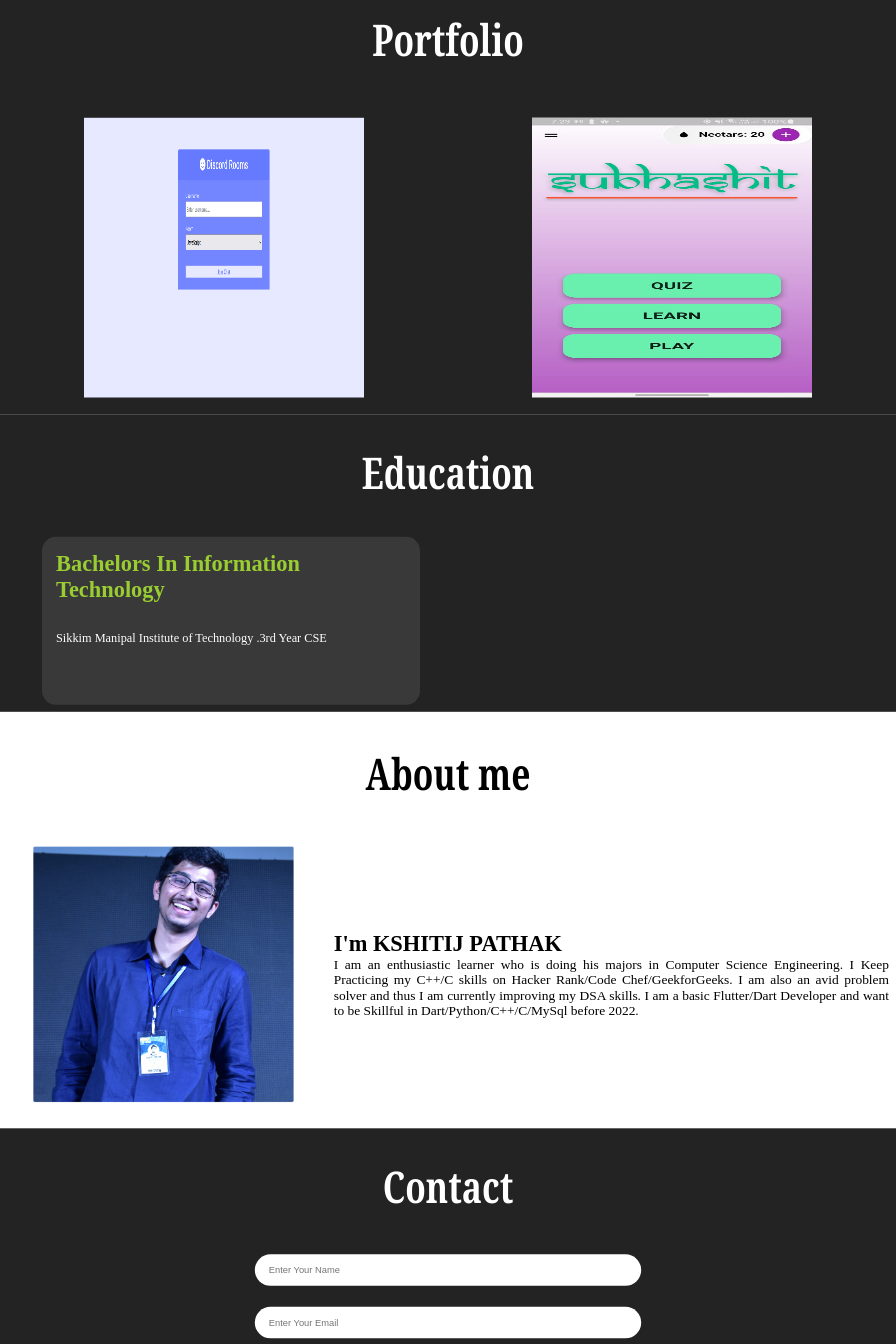
Repository: dev-bot1/resume-kshitij
Page: index.html
These files come from the project's save history. The page is drawn as it stood at one moment and after the next save; the edit follows.
The browser window is 1280 px wide. The pictures show the part of the page from y = 737 to 2657 px (the page is 3121 px tall), at 70% of full size.

Above is the page before, as saved 2021-08-23 00:36:34.

### index.html
<!DOCTYPE html>
<html lang="en">
  <head>
    <meta charset="UTF-8" />
    <meta name="viewport" content="width=device-width, initial-scale=1.0" />
    <title>Portfolio</title>
    <link rel="stylesheet" href="style.css" />
  </head>
  <body>
    <nav class="navbar">
      <ul>
        <li><a href="#home">Home</a></li>
        <li><a href="#portfolio">Portfolio</a></li>
        <li><a href="#education">Education</a></li>
        <li><a href="#about">About Me</a></li>
        <li><a href="#contact">Contact Me</a></li>
        <li><a href="resources/Resume.pdf" download="Resume">Resume</a></li>
      </ul>
    </nav>

    <section id="home">
      <h1 class="heading">HI, I AM</h1>
      <h1 class="heading">KSHITIJ PATHAK</h1>
      <br /><br />
      <p>Its Always 0s and 1s for Me</p>
    </section>

    <section id="portfolio">
      <h1 class="heading">Portfolio</h1>
      <div class="gallery">
        <a href="https://github.com/dev-bot1/Discord-Rooms">
          <img src="resources/img1.PNG" alt="" />
        </a>
        <a href="https://play.google.com/store/apps/details?id=com.languagenectar.dazzlewordplus">
            <img src="resources/img2.jpg" alt="" />
        </a>
      </div>
    </section>

    <section id="education">
      <h1 class="heading">Education</h1>
      <div class="columns">
        <div class="box">
          <h2>Bachelors In Information Technology</h2>
          <p>Sikkim Manipal Institute of Technology .3rd Year CSE</p>
        </div>
      </div>
    </section>

    <section id="about">
      <h1 class="heading">About me</h1>
      <div class="about">
        <img src="resources/_NIB0617-02.jpeg" alt="My Pic" />
        <div class="name">
          <h2>I'm KSHITIJ PATHAK</h2>
          <p>
            I am an enthusiastic learner who is doing his majors in Computer
            Science Engineering. I Keep Practicing my C++/C skills on Hacker
            Rank/Code Chef/GeekforGeeks. I am also an avid problem solver and
            thus I am currently improving my DSA skills. I am a basic
            Flutter/Dart Developer and want to be Skillful in
            Dart/Python/C++/C/MySql before 2022.
          </p>
        </div>
      </div>
    </section>

    <section id="contact">
      <h1 class="heading">Contact</h1>
      <form action="" class="form">
        <input
          type="text"
          name="name"
          class="input"
          placeholder="Enter Your Name"
        />
        <input
          type="email"
          name="email"
          class="input"
          placeholder="Enter Your Email"
        />
        <textarea
          name="message"
          id="message"
          cols="70"
          rows="20"
          placeholder="Enter Your Message"
        ></textarea>
        <input type="submit" value="Submit" id="submit" />
      </form>
    </section>
  </body>
</html>

### style.css
*{
    margin: 0;
    padding: 0;
}
html{
    scroll-behavior: smooth;
}

/* navbar */
.navbar{
    display: flex;
    justify-content: center;
    height: 50px;
    align-items: center;
    position: sticky;
    top: 0;
}
.navbar::before{
    content: "";
    position: absolute;
    background-color: rgba(0, 0, 0, 0.5);
    height: 100%;
    width: 100%;
    z-index: -1;
}
.navbar ul{
    display: flex;
    list-style: none;
}
.navbar ul li{
    font-size: 1.1rem;
}
.navbar ul li a{
    padding: 5px 20px;
    text-decoration: none;
    color: white;
}
.navbar ul li a:hover{
    background-color: white;
    color: black;
    box-shadow:0 0 10px yellow;
}

/* Home Section */
#home{
    display: flex;
    flex-direction: column;
    height: 650px;
    justify-content: center;
    align-items: center;
    background-color: rgba(0, 0, 0, 0.5);
    color: white;
}
#home::before{
    content: "";
    position: absolute;
    top: 0;
    left: 0;
    background: url('resources/20210314172648_IMG_7261.JPG') no-repeat center center/cover;
    height: 700px;
    width: 100%;
    z-index: -1;
    opacity: .8;
}
.heading{
    color: white;
    font-size: 3rem;
    font-family: Georgia, 'Times New Roman', Times, serif;
    text-align: center;
    transform: scale(1,1.3);
}

/* Portfolio Section */
#portfolio{
    display: flex;
    flex-direction: column;
    background-color: #000000dc;
}
#portfolio h1{
    margin: 60px;
}
.gallery{
    display: flex;
    justify-content: space-around;
    flex-wrap: wrap;
}
.gallery img{
    width: 400px;
    height: 400px;
    padding: 10px;
    margin: 10px;
}
.gallery img:hover{
    background-color: white;
    cursor: pointer;
}

/* Education Section */
#education{
    display: flex;
    flex-direction: column;
    background-color: #000000dc;
}
#education h1{
    margin: 50px;
}
.columns{
    display: grid;
    grid-template-columns: auto auto;
    padding-left: 50px;
}
.box{
    height: 200px;
    width: 500px;
    background-color: rgba(255, 255, 255, 0.1);
    border-radius: 20px;
    margin: 10px;
    padding: 20px;
}
.box h2{
    color: yellowgreen;
    font-size: 2rem;
    margin-bottom: 40px;
}
.box p{
    color: white;
    font-size: 1.1rem;
}

/* About Section */
#about{
    display: flex;
    flex-direction: column;
    text-align: justify;
    height: 100%;
}
#about h1{
    color: black;
    margin: 55px;
}
.about{
    display: flex;
    align-items: center;
    margin-bottom: 20px;
}
.about img{
    width: 500px;
    height: 400px;
    padding: 0px 30px;
}
.name{
    padding: 10px;
}
.name h2{
    font-size: 2rem;
}
.name p{
    font-size: 1.2rem;
}

/* Contact Section */
#contact{
    display: flex;
    flex-direction: column;
    background-color: #000000dc;
}
#contact h1{
    margin: 50px ;
}
.form{
    display: flex;
    flex-direction: column;
    align-items: center;
    justify-content: center;
}
.input{
    padding: 15px 20px;
    margin: 15px;
    width: 40%;
    border: none;
    outline: none;
    border-radius: 25px;
}
#message{
    margin: 15px;
    padding: 10px;
    border-radius: 20px;
}
#submit{
    padding: 15px 20px;
    margin: 30px;
    width: 15%;
    border-radius: 20px;
    background-color: #000000dc;
    color: white;
    border: none;
    outline: none;
}
#submit:hover{
    background-color: green;
    color: white;
    cursor: pointer;
}

After the next save:
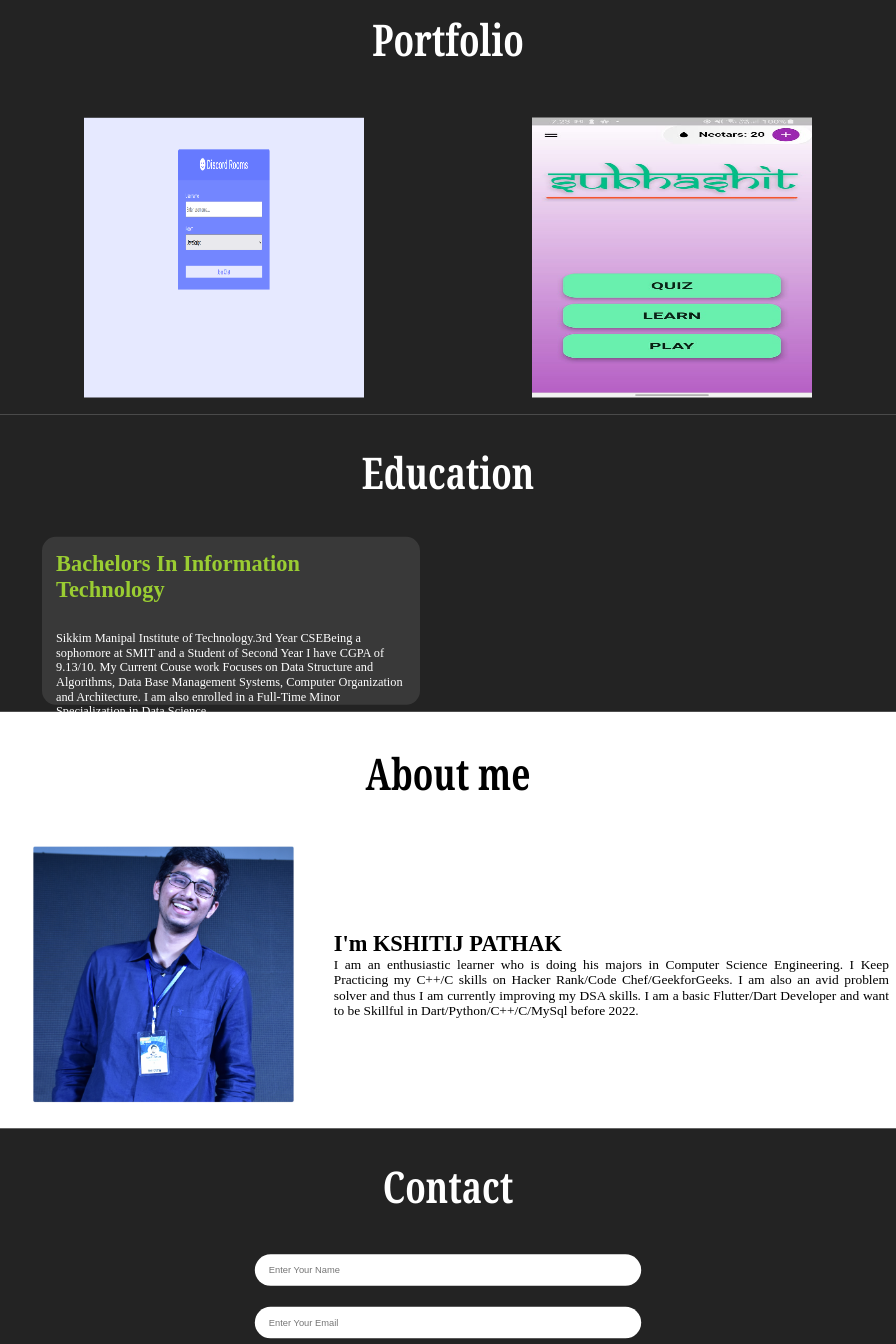
Saved 2 min 53 s later.
--- a/index.html
+++ b/index.html
@@ -42,7 +42,7 @@
       <div class="columns">
         <div class="box">
           <h2>Bachelors In Information Technology</h2>
-          <p>Sikkim Manipal Institute of Technology .3rd Year CSE</p>
+          <p>Sikkim Manipal Institute of Technology.3rd Year CSEBeing a sophomore at SMIT and a Student of Second Year I have CGPA of 9.13/10. My Current Couse work Focuses on Data Structure and Algorithms, Data Base Management Systems, Computer Organization and Architecture. I am also enrolled in a Full-Time Minor Specialization in Data Science.</p>
         </div>
       </div>
     </section>
